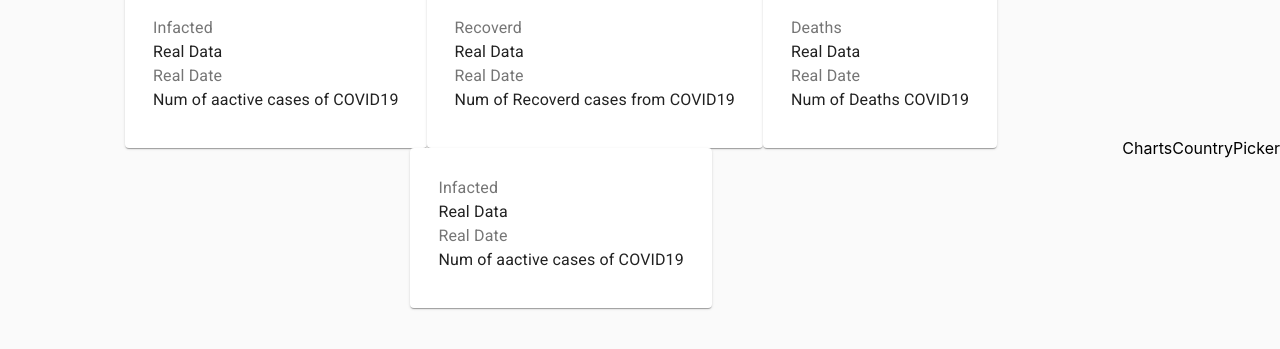
Repository: ranausama48/covid-tracker
Page: /
The author's editor kept a copy of each file at every save. The page is drawn from the files as they stood at one save, then again after the next save.
The browser window is 1280 px wide. The pictures show the whole page.
The page's requests for data from a server got no answer. The project was rebuilt for these pictures with package versions that can differ from the ones it lists, and the page was loaded fresh each time. No one was signed in, and anything a server would have sent is missing.

Above is the page before, as saved 2020-07-05 17:59:30.

After the next save:
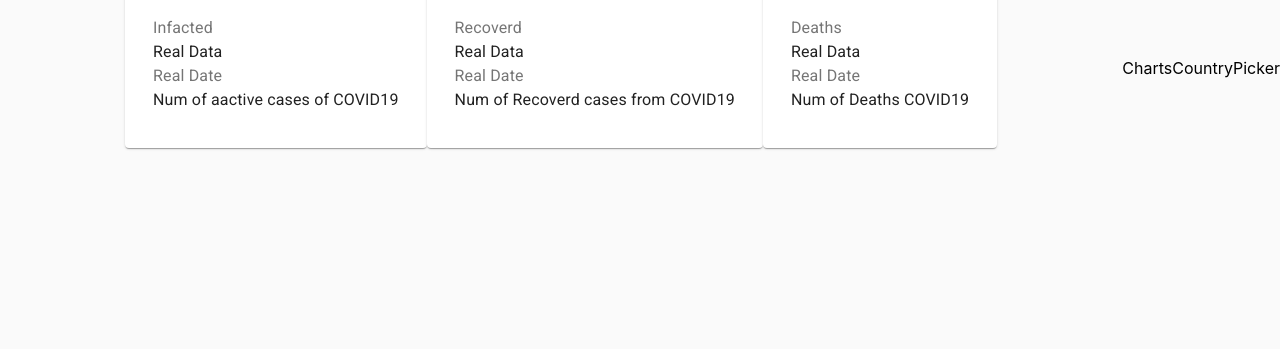
Saved 10 s later.
--- a/src/components/Cards/Cards.jsx
+++ b/src/components/Cards/Cards.jsx
@@ -51,16 +51,6 @@ const Cards = (props) => {
           <Typography varaint="body2">Num of Deaths COVID19</Typography>
         </CardContent>
       </Grid>
-      <Grid item component={Card}>
-        <CardContent>
-          <Typography color="textSecondary">Infacted</Typography>
-          <Typography varaint="h5">Real Data</Typography>
-          <Typography color="textSecondary">Real Date</Typography>
-          <Typography varaint="body2">
-            Num of aactive cases of COVID19
-          </Typography>
-        </CardContent>
-      </Grid>
     </Grid>
   );
 };
